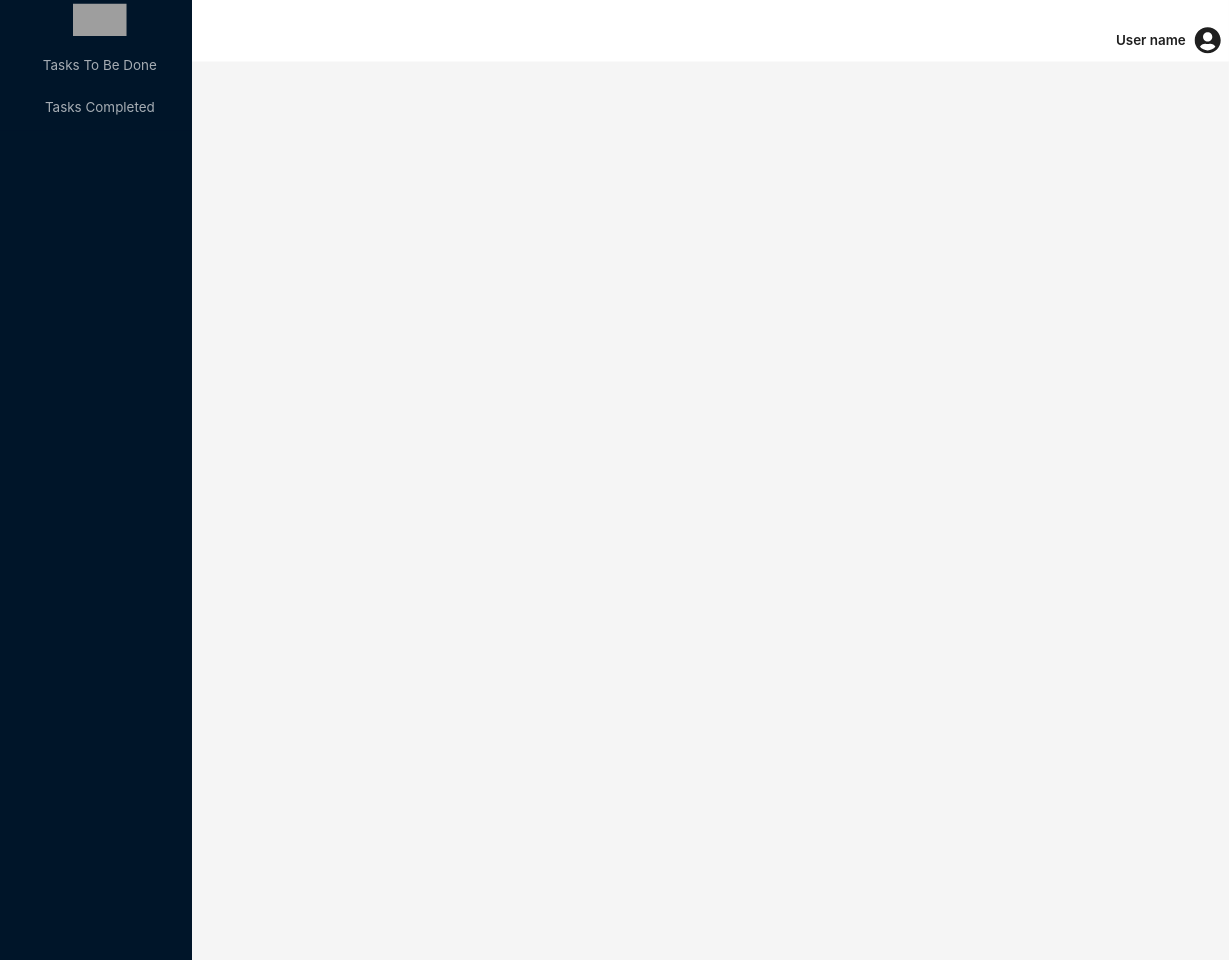
Repository: runner855/todolist_new
Page: /
These files come from the project's save history. The page is drawn as it stood at one moment and after the next save; the edit follows.
The browser window is 1280 px wide. The pictures show the whole page, at 96% of full size.
Pictures or frames that could not be fetched are drawn as grey boxes. The project was rebuilt for these pictures with package versions that can differ from the ones it lists, and the page was loaded fresh each time.

Above is the page before, as saved 2023-03-19 17:43:46.

After the next save:
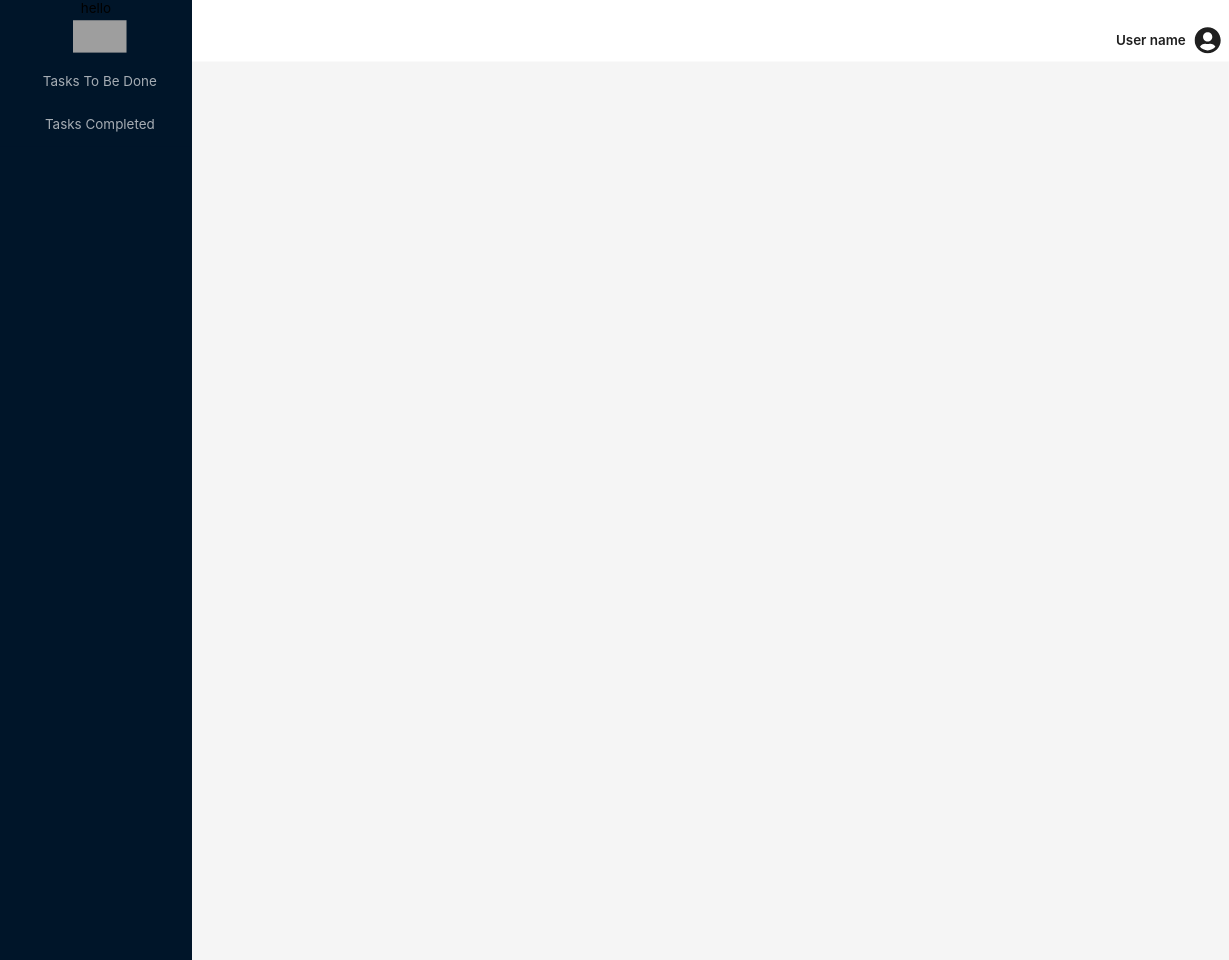
Saved 46 s later.
--- a/src/components/NavBar/NavBar.tsx
+++ b/src/components/NavBar/NavBar.tsx
@@ -27,6 +27,7 @@
         }}
       >
         <div className="logo" />
+        hello
         <Menu
           theme="dark"
           mode="inline"

After the save that followed:
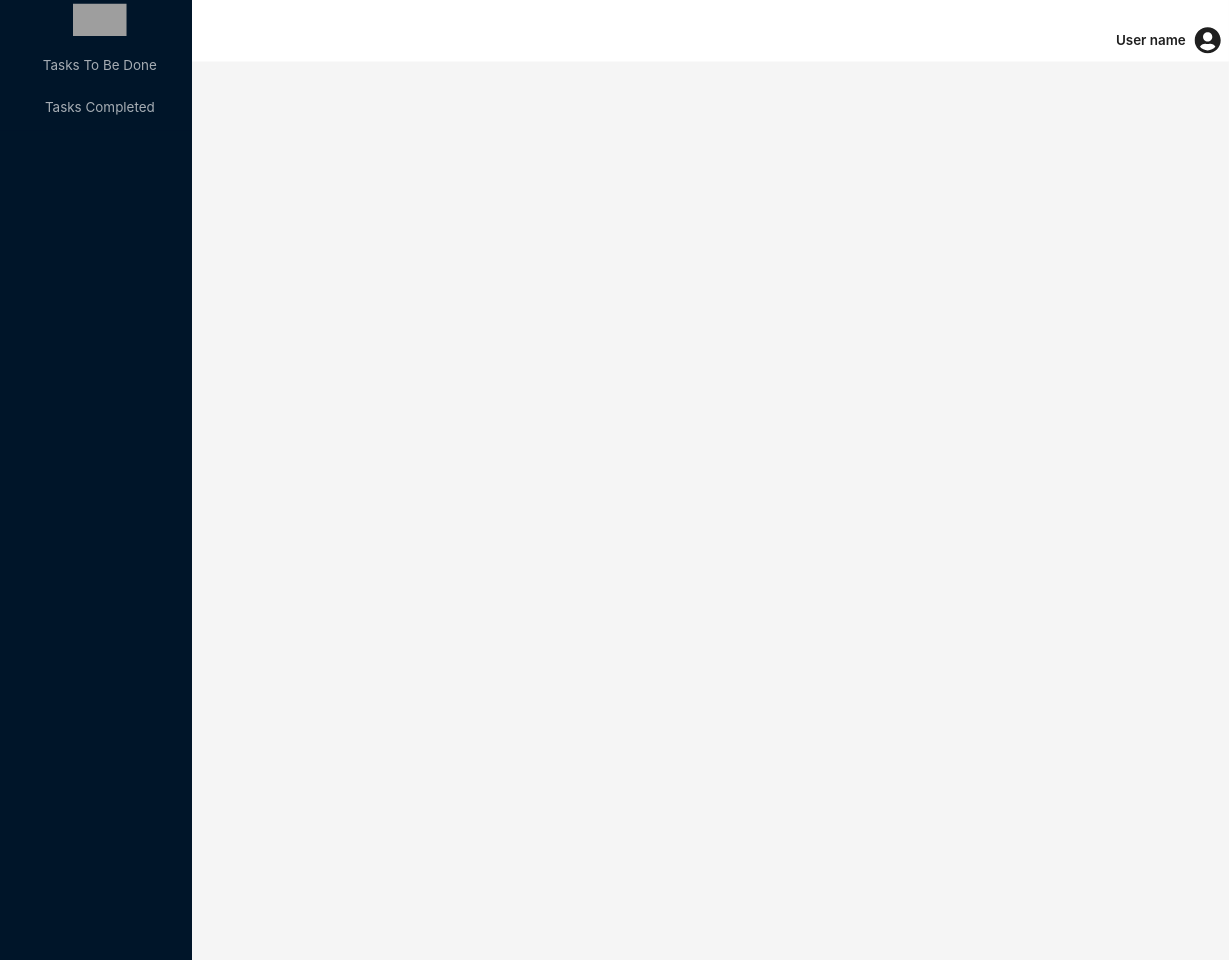
Saved 55 s later.
--- a/src/components/NavBar/NavBar.tsx
+++ b/src/components/NavBar/NavBar.tsx
@@ -27,7 +27,6 @@
         }}
       >
         <div className="logo" />
-        hello
         <Menu
           theme="dark"
           mode="inline"
